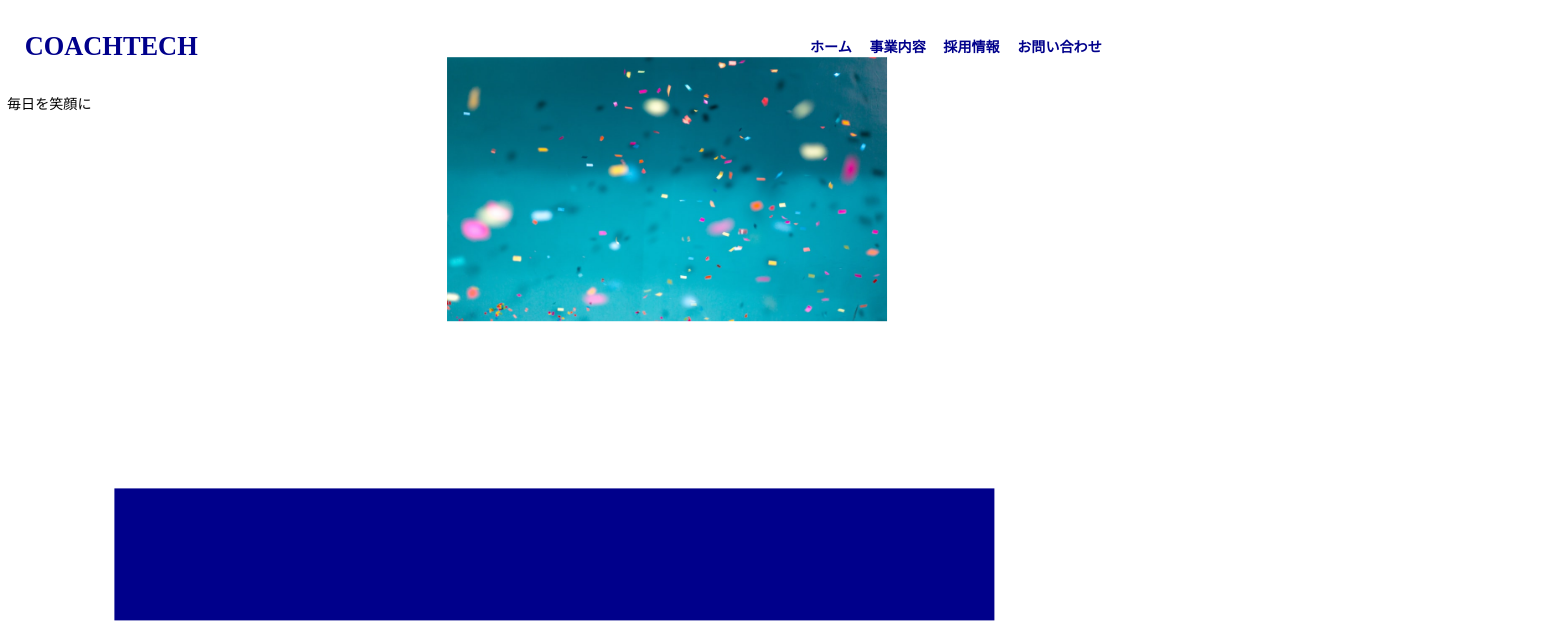
Repository: moro-ayu3/20230213_morohoshi
Page: index.html
An editor plug-in stored every save of this project. The page is shown before and after a run of saves, followed by the edit.
The browser window is 1280 px wide. The page is 1772 px wide, so the pictures cover 1772 px, including what lies to the right of the window. The pictures show the whole page, at 88% of full size.

Above is the page before, as saved 2023-02-14 10:24:20.

### index.html
<!DOCTYPE html>
<html lang="ja">

  <head>
    <meta charset="UTF-8" />
    <meta name="viewport" content="width=device-width, initial-scale=1.0" />
    <title>css演習問題</title>
    <link rel="stylesheet" href="./style.css">
  </head>

  <body>
   <header class="header">
    <h1 class="header-ttl">
     COACHTECH
    </h1>
    <ul class="header-list">
      <li class="header-item">ホーム</li><li class="header-item">事業内容</li><li class="header-item">採用情報</li><li class="header-item">お問い合わせ</li>
   </ul>
   </header>
   <main>
    <div class="flex">
     <p>毎日を笑顔に</p>
     <div class="relative img">
      <img src="img/firstview.jpeg" width="500" height="300"alt="firstview">
     </div>
     <div class="absolute blue-box"></div>
    </div>
   </main>
  </body>

</html>

### style.css
.header {
  display: flex;
  justify-content: space-between;
  align-items: center;
  margin-top: 15px;
  color: #00008b;
}

.header-ttl {
  font-size: 30px;
  margin-left: 20px;
}

.header-list {
  display: flex;
  font-weight: bold;
  list-style: none;
}

.header-item {
  margin-right: 20px;
}

. {
  display: flex;
  flex-direction: row;
  color: black;
  font-size: 50px;
}

.relative {
  position: relative;
  bottom: 80px;
  left: 500px;
  z-index: 10;
}

.img {
  width: 100%;
  height: auto;
}

.absolute {
  position: absolute;
  bottom: 15px;
  right: 150px;
  z-index: 0;
}

.blue-box {
  width: 1000px;
  height: 150px;
  background-color: #00008b;
}

After the next 3 saves:
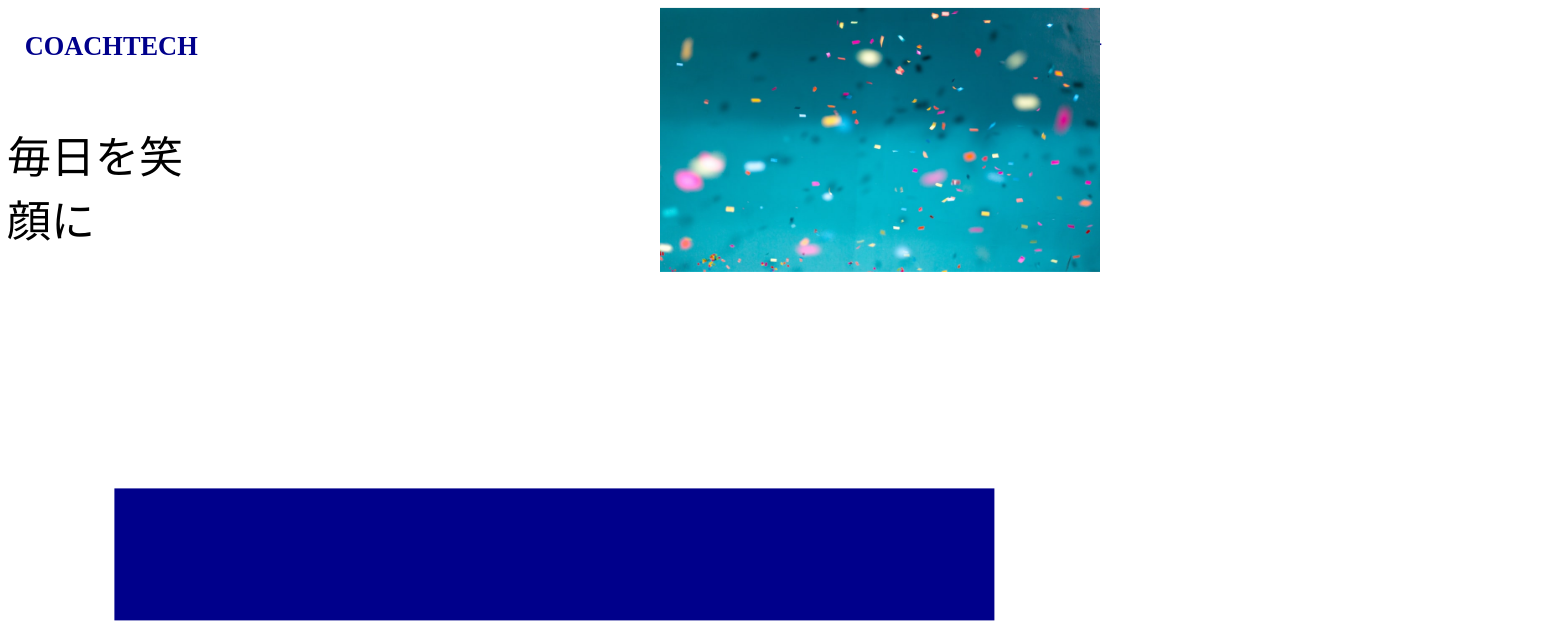
The 3 saves are shown as one change because they came seconds apart.
The last was saved 7 s later.
--- a/style.css
+++ b/style.css
@@ -21,7 +21,7 @@
   margin-right: 20px;
 }
 
-. {
+.flex {
   display: flex;
   flex-direction: row;
   color: black;
